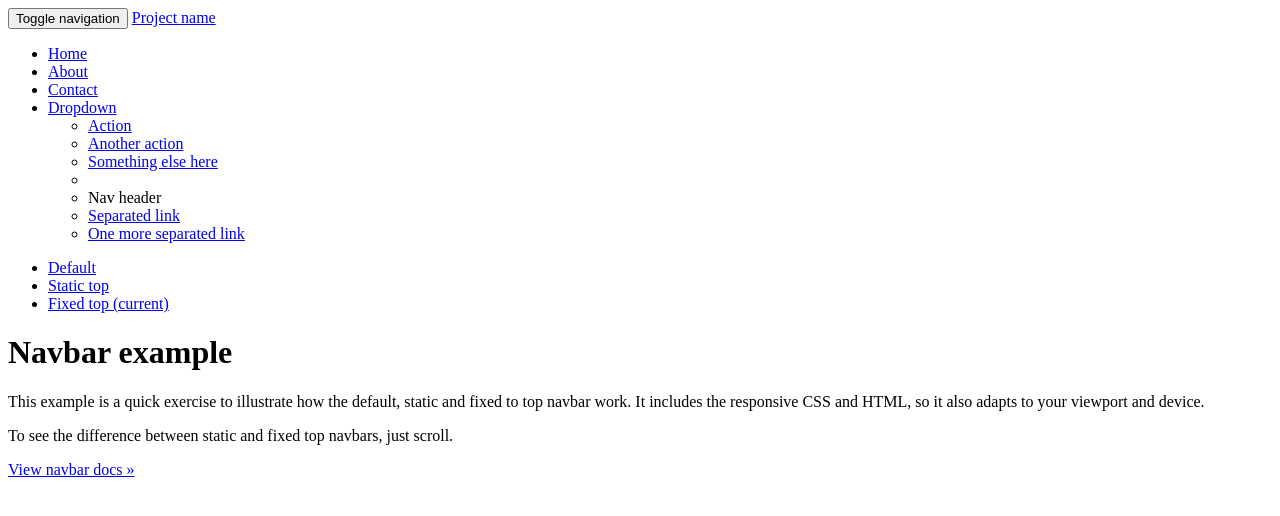
Repository: dudgh9661/JSP
Page: http://localhost/board/join.jsp
An editor plug-in stored every save of this project. The page is shown before and after the next save, followed by the edit.
The browser window is 1280 px wide. The pictures show the whole page.
Some web libraries are served in a nearby version. The page is served by Tomcat 9. Other server files are loaded and not shown.

Above is the page before, as saved 2020-08-05 05:38:58.

### board/WebContent/join.jsp
<!-- Fixed navbar -->
<nav class="navbar navbar-default navbar-fixed-top">
  <div class="container">
	<div class="navbar-header">
	  <button type="button" class="navbar-toggle collapsed" data-toggle="collapse" data-target="#navbar" aria-expanded="false" aria-controls="navbar">
		<span class="sr-only">Toggle navigation</span>
		<span class="icon-bar"></span>
		<span class="icon-bar"></span>
		<span class="icon-bar"></span>
	  </button>
	  <a class="navbar-brand" href="#">Project name</a>
	</div>
	<div id="navbar" class="navbar-collapse collapse">
	  <ul class="nav navbar-nav">
		<li class="active"><a href="#">Home</a></li>
		<li><a href="#about">About</a></li>
		<li><a href="#contact">Contact</a></li>
		<li class="dropdown">
		  <a href="#" class="dropdown-toggle" data-toggle="dropdown" role="button" aria-haspopup="true" aria-expanded="false">Dropdown <span class="caret"></span></a>
		  <ul class="dropdown-menu">
			<li><a href="#">Action</a></li>
			<li><a href="#">Another action</a></li>
			<li><a href="#">Something else here</a></li>
			<li role="separator" class="divider"></li>
			<li class="dropdown-header">Nav header</li>
			<li><a href="#">Separated link</a></li>
			<li><a href="#">One more separated link</a></li>
		  </ul>
		</li>
	  </ul>
	  <ul class="nav navbar-nav navbar-right">
		<li><a href="../navbar/">Default</a></li>
		<li><a href="../navbar-static-top/">Static top</a></li>
		<li class="active"><a href="./">Fixed top <span class="sr-only">(current)</span></a></li>
	  </ul>
	</div><!--/.nav-collapse -->
  </div>
</nav>

<div class="container">

  <!-- Main component for a primary marketing message or call to action -->
  <div class="jumbotron">
	<h1>Navbar example</h1>
	<p>This example is a quick exercise to illustrate how the default, static and fixed to top navbar work. It includes the responsive CSS and HTML, so it also adapts to your viewport and device.</p>
	<p>To see the difference between static and fixed top navbars, just scroll.</p>
	<p>
	  <a class="btn btn-lg btn-primary" href="../../components/#navbar" role="button">View navbar docs »</a>
	</p>
  </div>

</div> <!-- /container -->

Loaded but not shown: board/WebContent/css/bootstrap.css (library)

After the next save:
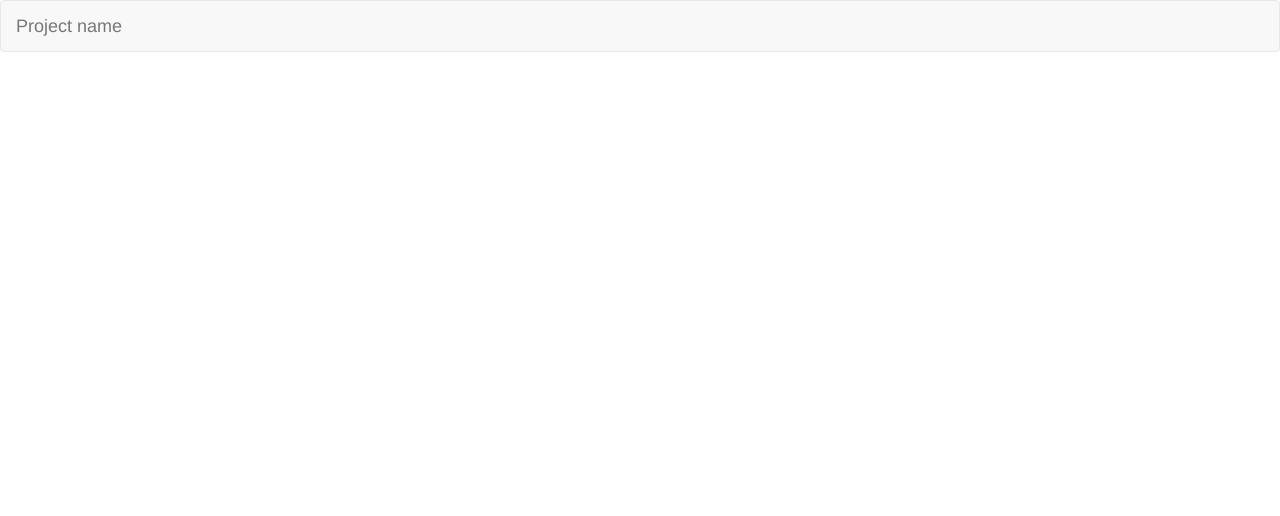
Saved 32 s later.
--- a/board/WebContent/join.jsp
+++ b/board/WebContent/join.jsp
@@ -1,7 +1,16 @@
-<!-- Fixed navbar -->
-<nav class="navbar navbar-default navbar-fixed-top">
-  <div class="container">
-	<div class="navbar-header">
+<%@ page language="java" contentType="text/html; charset=UTF-8"
+    pageEncoding="UTF-8"%>
+<!DOCTYPE html>
+<html>
+<head>
+<meta http-equiv="Content-Type" content="text/html; charset=UTF-8">
+ <meta name="viewport" content="width=device-width, initial-scale=1">
+<link href="./css/bootstrap.css" rel="stylesheet">
+<title>afdfs</title>
+</head>
+<body>
+	<nav class="navbar navbar-default">
+		<div class="navbar-header">
 	  <button type="button" class="navbar-toggle collapsed" data-toggle="collapse" data-target="#navbar" aria-expanded="false" aria-controls="navbar">
 		<span class="sr-only">Toggle navigation</span>
 		<span class="icon-bar"></span>
@@ -10,43 +19,8 @@
 	  </button>
 	  <a class="navbar-brand" href="#">Project name</a>
 	</div>
-	<div id="navbar" class="navbar-collapse collapse">
-	  <ul class="nav navbar-nav">
-		<li class="active"><a href="#">Home</a></li>
-		<li><a href="#about">About</a></li>
-		<li><a href="#contact">Contact</a></li>
-		<li class="dropdown">
-		  <a href="#" class="dropdown-toggle" data-toggle="dropdown" role="button" aria-haspopup="true" aria-expanded="false">Dropdown <span class="caret"></span></a>
-		  <ul class="dropdown-menu">
-			<li><a href="#">Action</a></li>
-			<li><a href="#">Another action</a></li>
-			<li><a href="#">Something else here</a></li>
-			<li role="separator" class="divider"></li>
-			<li class="dropdown-header">Nav header</li>
-			<li><a href="#">Separated link</a></li>
-			<li><a href="#">One more separated link</a></li>
-		  </ul>
-		</li>
-	  </ul>
-	  <ul class="nav navbar-nav navbar-right">
-		<li><a href="../navbar/">Default</a></li>
-		<li><a href="../navbar-static-top/">Static top</a></li>
-		<li class="active"><a href="./">Fixed top <span class="sr-only">(current)</span></a></li>
-	  </ul>
-	</div><!--/.nav-collapse -->
-  </div>
-</nav>
-
-<div class="container">
-
-  <!-- Main component for a primary marketing message or call to action -->
-  <div class="jumbotron">
-	<h1>Navbar example</h1>
-	<p>This example is a quick exercise to illustrate how the default, static and fixed to top navbar work. It includes the responsive CSS and HTML, so it also adapts to your viewport and device.</p>
-	<p>To see the difference between static and fixed top navbars, just scroll.</p>
-	<p>
-	  <a class="btn btn-lg btn-primary" href="../../components/#navbar" role="button">View navbar docs »</a>
-	</p>
-  </div>
-
-</div> <!-- /container -->
+	</nav>
+	 <script src="https://ajax.googleapis.com/ajax/libs/jquery/3.2.1/jquery.min.js"></script>
+ 	<script src="https://maxcdn.bootstrapcdn.com/bootstrap/3.3.7/js/bootstrap.min.js"></script>
+</body>
+</html>
